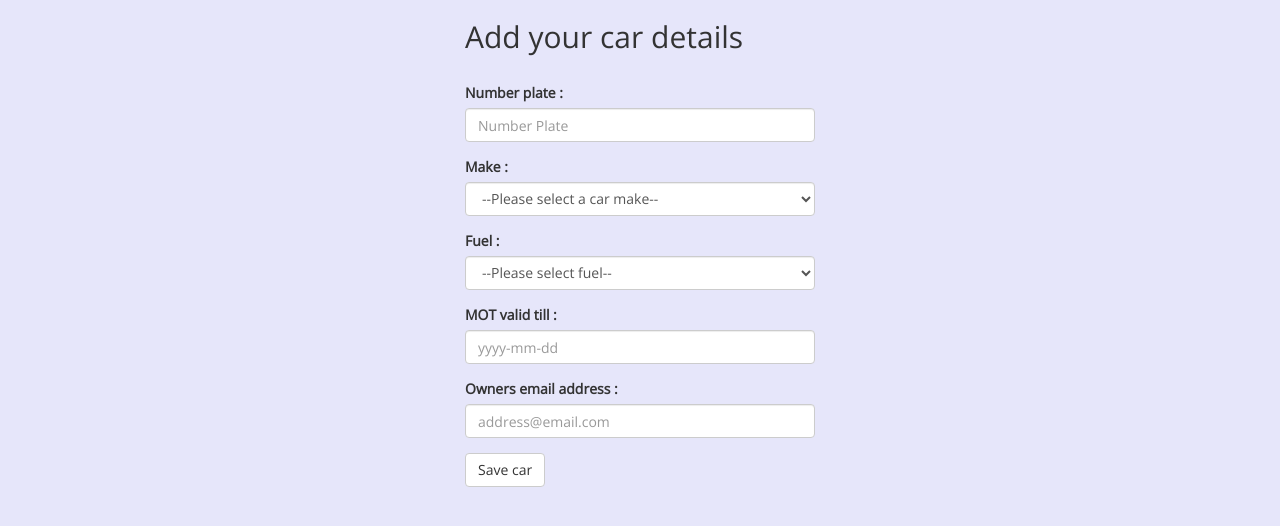
Repository: dornescustefan/SpringMVCProject
Page: http://localhost/ProjectMVC/WEB-INF/jsp/addcar.jsp
The author's editor kept a copy of each file at every save. The page is drawn from the files as they stood at one save, then again after the next save.
The browser window is 1280 px wide. The pictures show the whole page.
Some web libraries are served in a nearby version. The page is served by Tomcat 9. Nobody is signed in. The template is opened directly, without the code that normally fills it, so the values that code supplies are empty.

Above is the page before, as saved 2017-10-16 18:33:26.

After the next save:
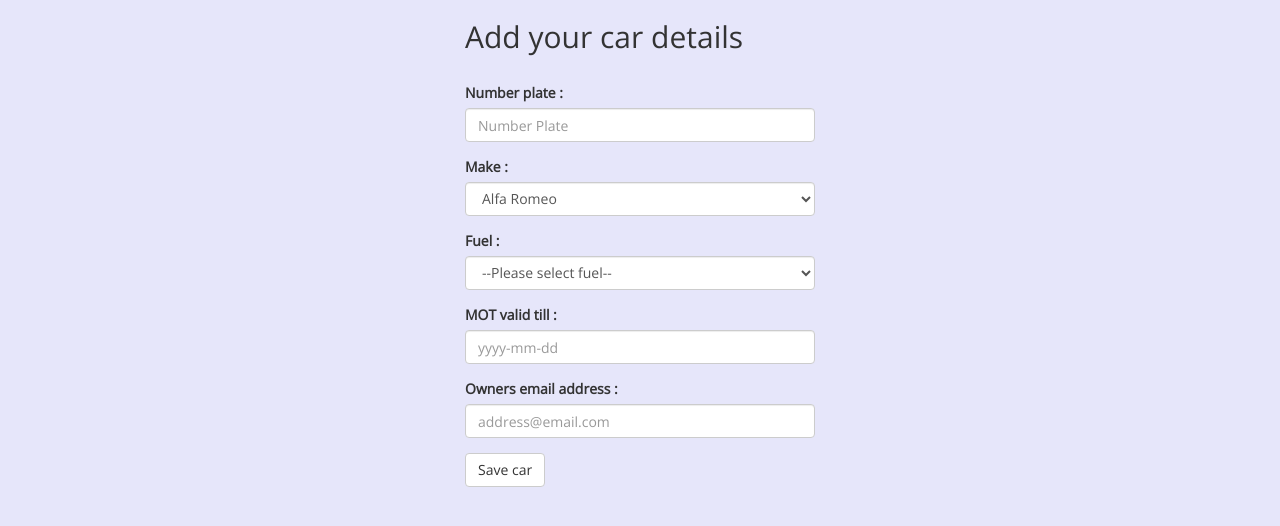
Saved 3 min 15 s later.
--- a/ProjectMVC/src/main/webapp/WEB-INF/jsp/addcar.jsp
+++ b/ProjectMVC/src/main/webapp/WEB-INF/jsp/addcar.jsp
@@ -29,8 +29,8 @@
 	<div class="form-group">
         <label  for="make">Make :</label>
          <!--<form:input  path="make"  id="make" class="form-control"  type="text" placeholder="Make"/>-->
- <form:select path="make" id="make" class="form-control"  type="text"  required="">
-<option disabled=""  selected="" >--Please select a car make--</option>
+ <form:select path="make" id="make" class="form-control"  type="text">
+<option disabled >--Please select a car make--</option>
 <option >Alfa Romeo</option>
 <option >Aston Martin</option>
 <option >Audi</option>

After the save that followed:
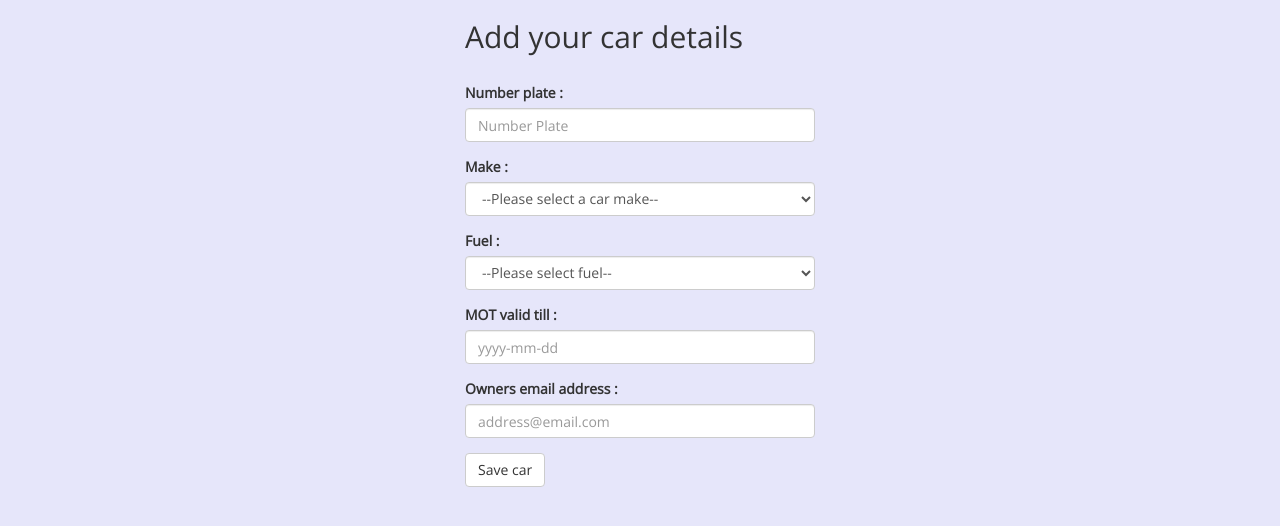
Saved 78 s later.
--- a/ProjectMVC/src/main/webapp/WEB-INF/jsp/addcar.jsp
+++ b/ProjectMVC/src/main/webapp/WEB-INF/jsp/addcar.jsp
@@ -30,7 +30,7 @@
         <label  for="make">Make :</label>
          <!--<form:input  path="make"  id="make" class="form-control"  type="text" placeholder="Make"/>-->
  <form:select path="make" id="make" class="form-control"  type="text">
-<option disabled >--Please select a car make--</option>
+<option disabled selected>--Please select a car make--</option>
 <option >Alfa Romeo</option>
 <option >Aston Martin</option>
 <option >Audi</option>
